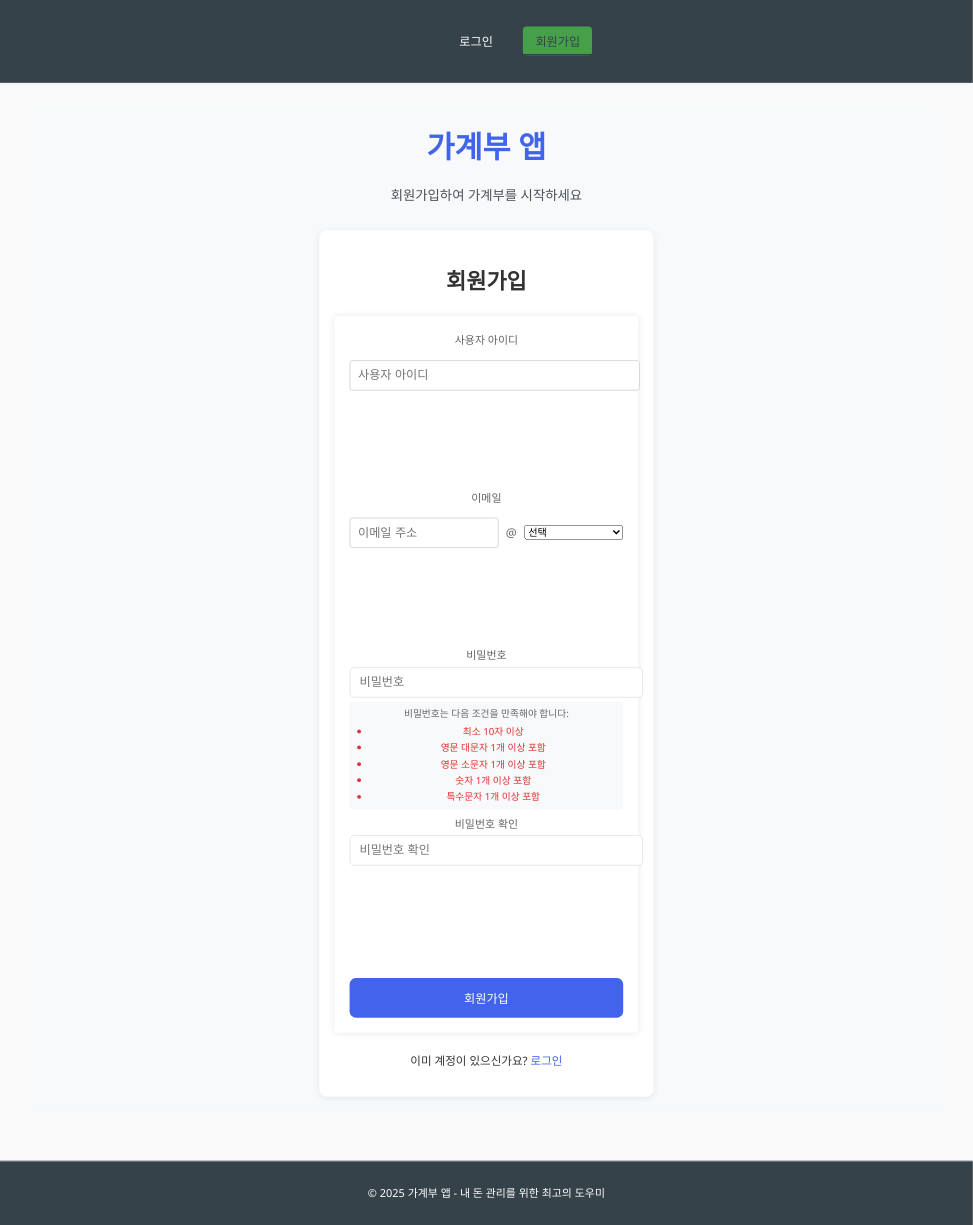
Repository: dldnwls07/Register_Login_Form
Page: /register
These files come from the project's save history. The page is drawn as it stood at one moment and after the next save; the edit follows.
The browser window is 1280 px wide. The pictures show the whole page, at 76% of full size.
The project was rebuilt for these pictures with package versions that can differ from the ones it lists, and the page was loaded fresh each time. Also part of the build but not shown: src/components/Summary.jsx, src/styles/pages/MainPage.css, src/pages/MainPage.jsx, src/utils/categoryData.js, src/components/CategorySelector.jsx, src/components/EntryForm.jsx, src/components/EntryTable.jsx, src/components/SearchBar.jsx and 15 more.

Above is the page before, as saved 2025-05-23 14:12:18.

After the next save:
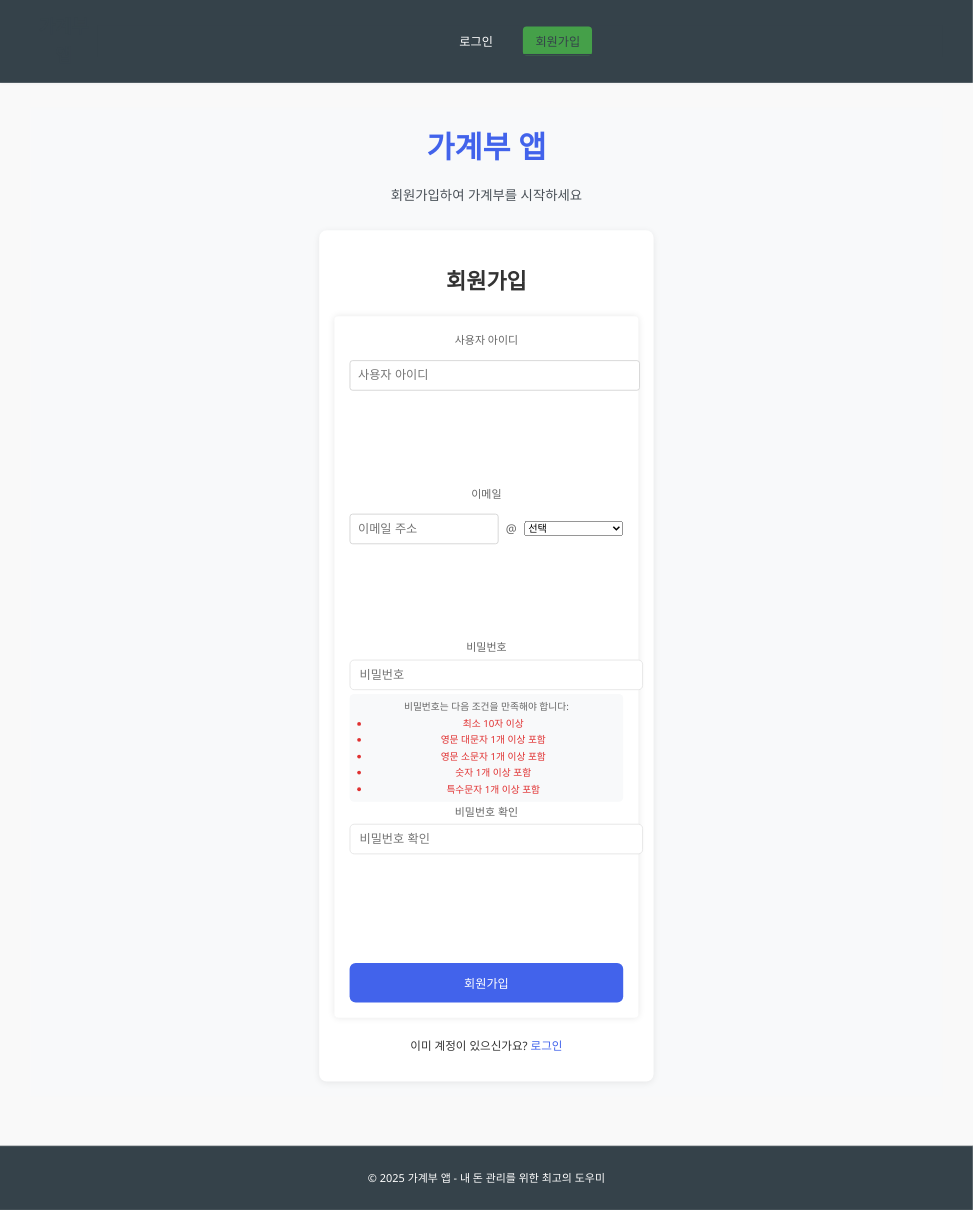
Saved 5 s later.
--- a/src/styles/components/AuthForm.css
+++ b/src/styles/components/AuthForm.css
@@ -20,7 +20,7 @@
 .auth-form {
   display: flex;
   flex-direction: column;
-  gap: 5px;
+  gap: 0px;
 }
 
 .form-group {
